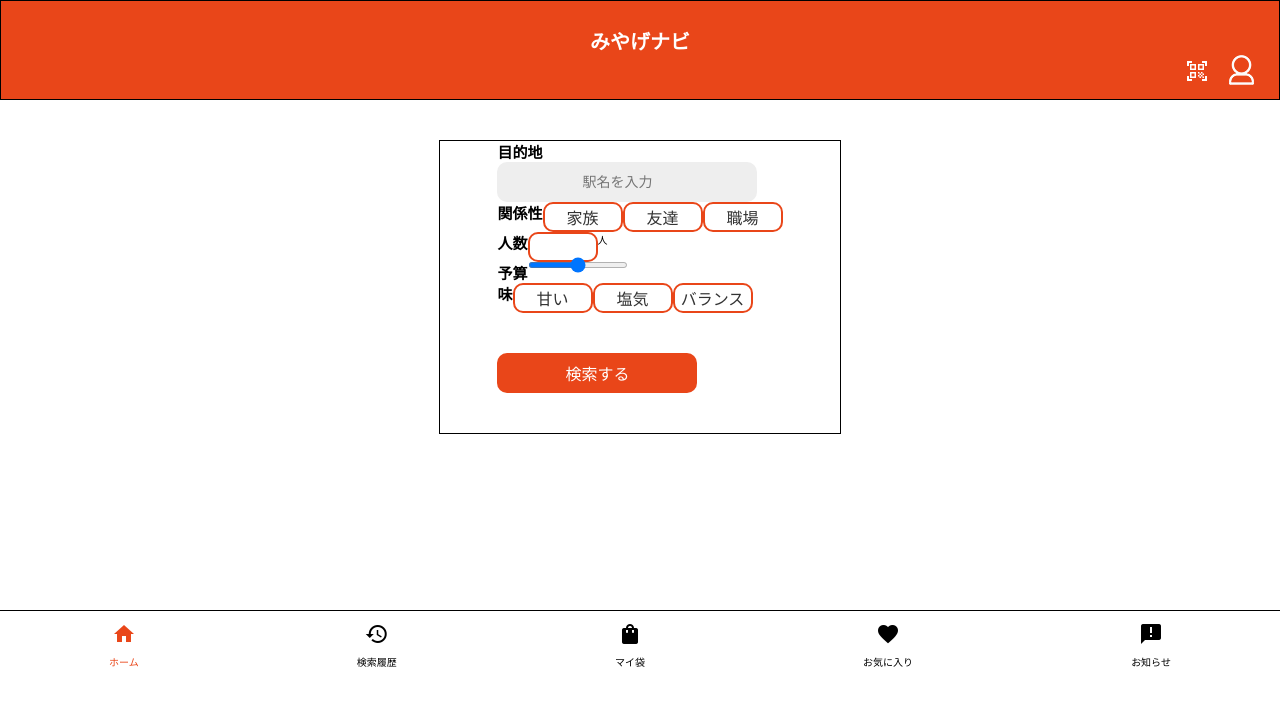
Repository: ama-ne2/miyage_nav
Page: index.html
The author's editor kept a copy of each file at every save. The page is drawn from the files as they stood at one save, then again after the next save.
The browser window is 1280 px wide. The pictures show the whole page.

Above is the page before, as saved 2026-02-05 19:36:34.

After the next save:
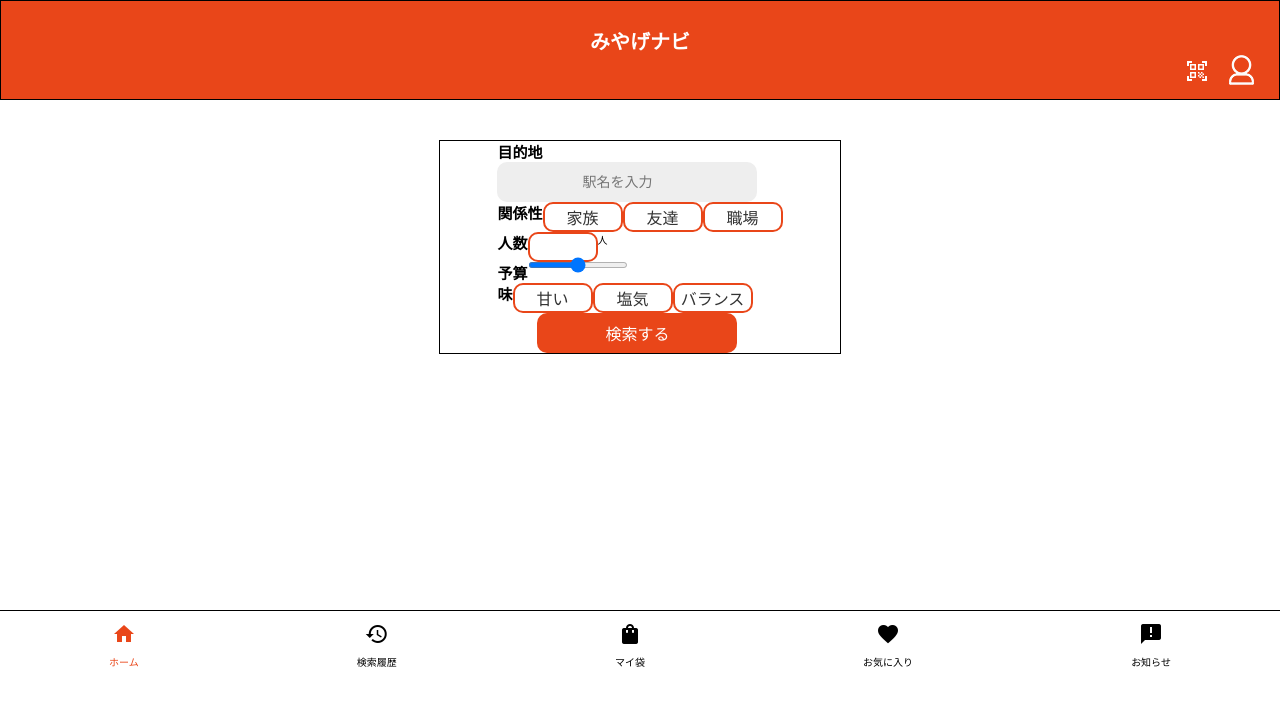
Saved 9 s later.
--- a/css/index.css
+++ b/css/index.css
@@ -88,5 +88,5 @@
     color: #fff;
     font-size: 1.6rem;
     border-radius: 10px;
-    margin: 40px auto ;
+    margin: auto 40px;
 }

After the save that followed:
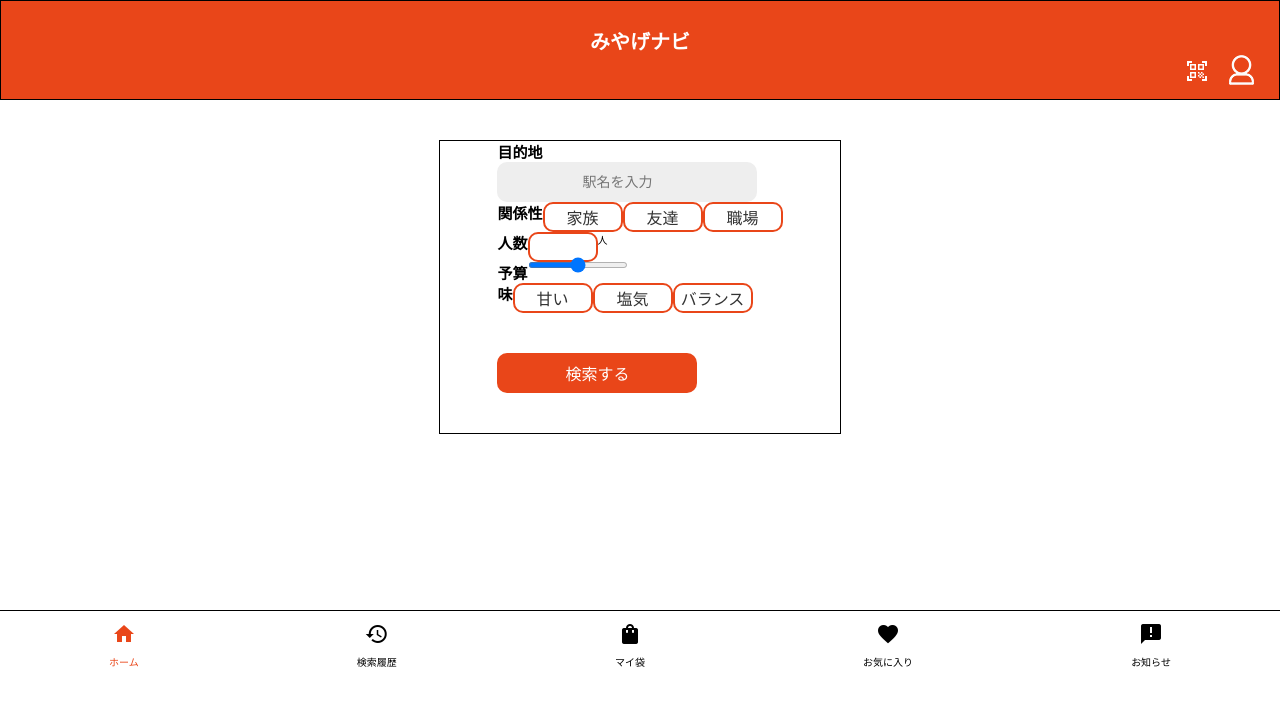
Saved 42 s later.
--- a/css/index.css
+++ b/css/index.css
@@ -88,5 +88,5 @@
     color: #fff;
     font-size: 1.6rem;
     border-radius: 10px;
-    margin: auto 40px;
+    margin: 40px auto 40px ;
 }
